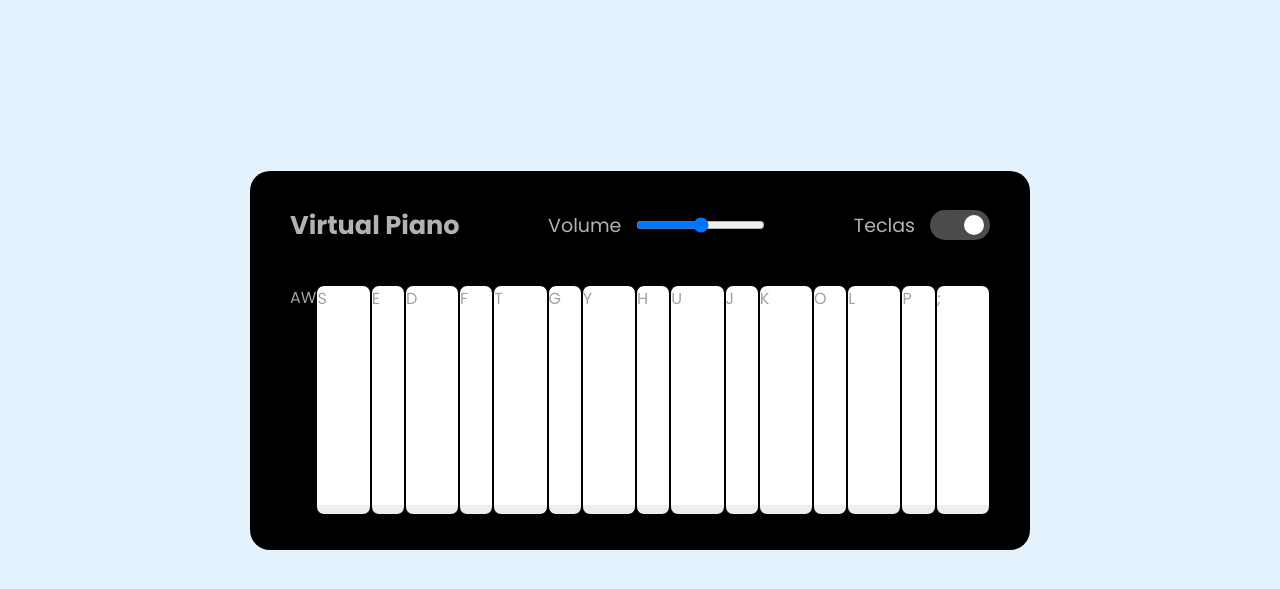
Repository: gustavotwist/simulador-piano
Page: index.html
The author's editor kept a copy of each file at every save. The page is drawn from the files as they stood at one save, then again after the next save.
The browser window is 1280 px wide. The pictures show the whole page.

Above is the page before, as saved 2024-11-30 17:52:21.

After the next save:
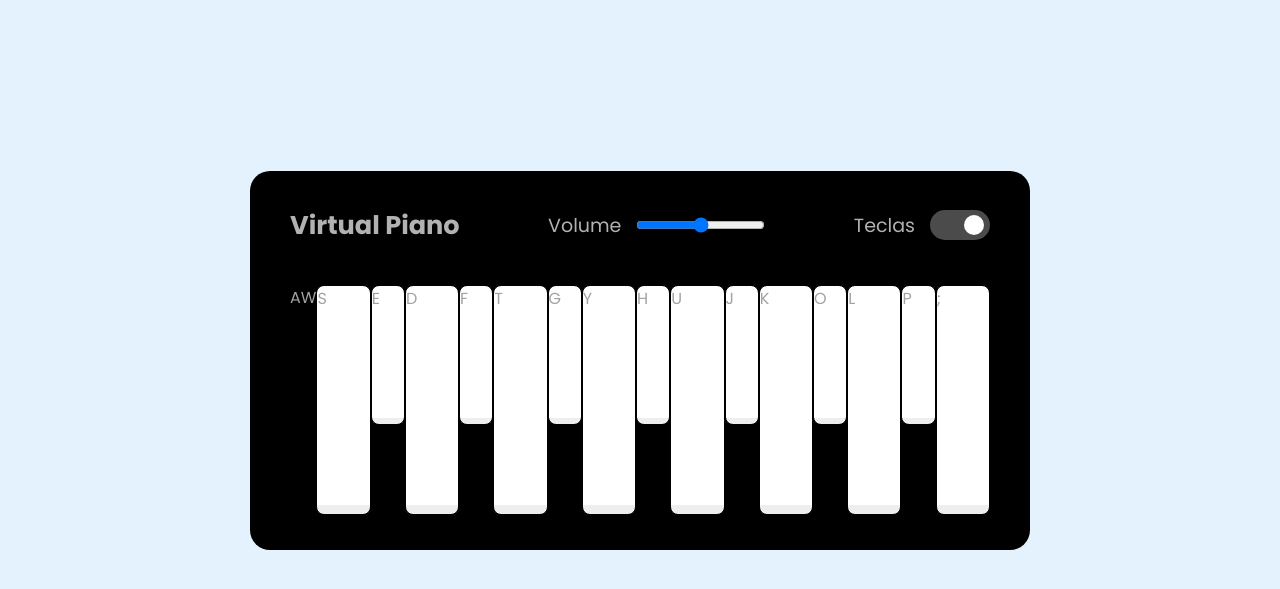
Saved 7 s later.
--- a/src/styles/main.css
+++ b/src/styles/main.css
@@ -92,7 +92,7 @@ header .column span {
 
 .piano-keys .black {
     width: 44px;
-    height: 230px;
+    height: 140px;
     border: 1px solid black;
     border-radius: 8px;
     background: linear-gradient(#fff 96%, #eee 4%);
